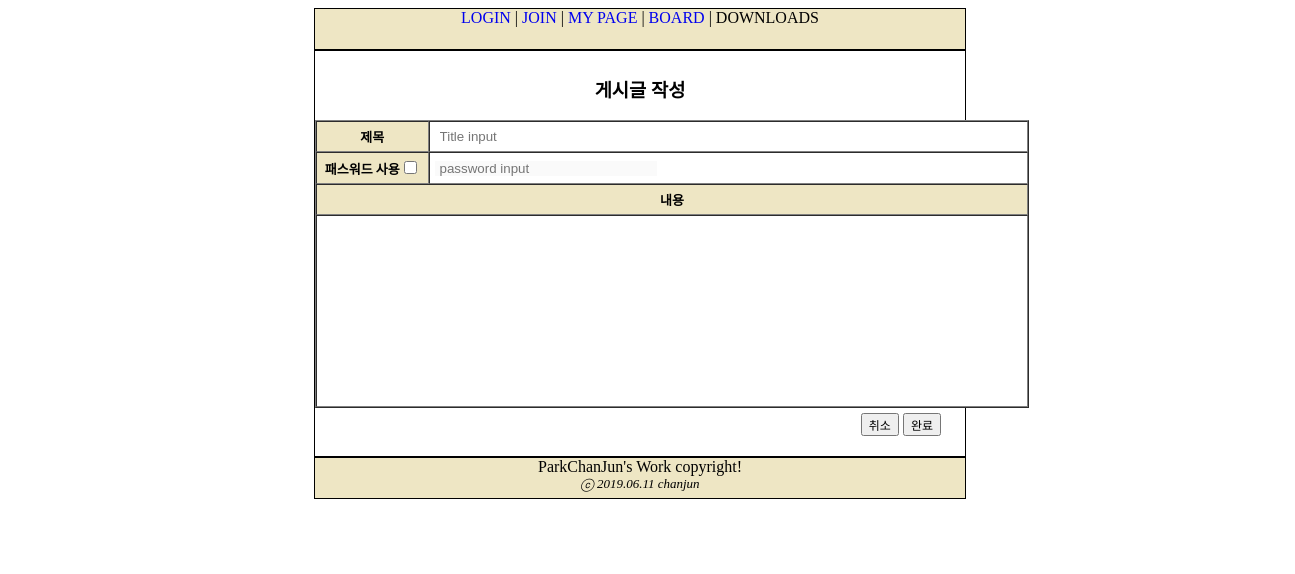
Repository: slolee/Spring-Board
Page: http://localhost/spring_project/WEB-INF/views/board/updateView.jsp
The author's editor kept a copy of each file at every save. The page is drawn from the files as they stood at one save, then again after the next save.
The browser window is 1280 px wide. The page is 1280 px wide, then 1295 px, then 1280 px, so the pictures cover 1295 px, including what lies to the right of the window. The pictures show the whole page.
The page is served by Tomcat 9. Nobody is signed in. Other server files are loaded and not shown. The template is opened directly, without the code that normally fills it, so the values that code supplies are empty.

Above is the page before, as saved 2019-07-03 08:51:56.

### spring_project/src/main/webapp/WEB-INF/views/board/updateView.jsp
<%@ page language="java" contentType="text/html; charset=UTF-8"
    pageEncoding="UTF-8"%>
<%@ taglib prefix="c" uri="http://java.sun.com/jsp/jstl/core" %>
<jsp:include page="../layout/header.jsp">
	<jsp:param name="title" value="Board Page!"/>
</jsp:include>

<script type="text/javascript">
	var checked = false;

	function checkbox_click(){
		var textfield = document.getElementById("pw_input");
		if(checked){
			textfield.disabled = true;
			checked = false;
		}else{
			textfield.disabled = false;
			checked = true;
		}
	}
</script>

<h3>게시글 작성</h3>
<form action="updateLogic.do" method="post">
	<input type="hidden" name="idx" value="${ vo.idx }">
	<table border=1 cellpadding="5" cellspacing="0" align="center" width="640px" higth="400px">
		<tr>
			<th><font size="2px">제목</font></th>
			<td>
				<input type="text" name="title" value="${ vo.title }" placeholder="Title input" maxlength="150" size="67" required>
			</td>
		</tr>
		<tr>
			<th><font size="2px">패스워드 사용</font><input type="checkbox" name="pw_check" onclick="checkbox_click()"></th>
			<td>
				<input type="password" name="pw" id="pw_input" value="${ vo.write_pw }"
				placeholder="password input" maxlength="20" size="25" disabled required>
			</td>
		</tr>

		<tr>
			<th colspan="2"><font size="2px">내용</font></th>
		</tr>

		<tr>
			<td colspan="2">
				<textarea rows="12" cols="85" name="context" style="resize:none;" required>${ vo.context }</textarea>
			</td>
		</tr>
	</table>
	<div align="right" style="margin-top:5px;">
		<input type="button" value="취소" onclick="history.back()">
		<input type="submit" value="완료">
		&nbsp;&nbsp;&nbsp;&nbsp;&nbsp;
	</div>
</form>


<%@ include file = "../layout/footer.jsp" %>

### spring_project/src/main/webapp/WEB-INF/views/layout/footer.jsp
<%@ page language="java" contentType="text/html; charset=UTF-8"
    pageEncoding="UTF-8"%>
		</div>
		<div id="footer" align="center">
			ParkChanJun's Work copyright! <br>
			<i><font size="2">ⓒ 2019.06.11 chanjun</font></i>
		</div>
	</div>
</body>
</html>

### spring_project/src/main/webapp/WEB-INF/views/layout/header.jsp
<%@ page language="java" contentType="text/html; charset=UTF-8"
    pageEncoding="UTF-8"%>
<%@ taglib prefix="c" uri="http://java.sun.com/jsp/jstl/core" %>
<%
	request.setCharacterEncoding("UTF-8");
	String title = request.getParameter("title");
	if(title == null)
		title = "My Homepage";
%>
<!DOCTYPE html PUBLIC "-//W3C//DTD HTML 4.01 Transitional//EN" "http://www.w3.org/TR/html4/loose.dtd">
<html>
<head>
	<meta http-equiv="Content-Type" content="text/html; charset=UTF-8">
	<title><%= title %></title>
	<style>
		#header, #footer{
			background-color: #EEE6C4;
			font-family: "HY울릉도M";
			border: 1px solid black;
			width: 650px;
			height: 40px;
		}
		#main{
			border: 1px solid black;
			width: 650px;
			min-height: 400px;
			padding-top: 5px;
		}
		a{
			text-decoration: none;
		}

		input[type=button], input[type=submit], input[type=reset], input[type=file]{
			font-size: 9pt;
		}

		input[type="text"], input[type="password"], textarea{
			border: 0px;
			padding: 0px 0px 0px 5px;
		}

		table{
			font-size: small;
		}

		th{
			background-color: #EEE6C4;
		}

		td{
			background-color: #FFFFFF;
		}

	</style>
</head>
<body>
	<div align="center">
		<div id="header" align="center">
			<c:choose>
				<c:when test="${ sessionScope.login_id == null }">
					<a href="loginView.do">LOGIN</a> |
					<a href="joinView.do">JOIN</a> |
				</c:when>
				<c:otherwise>
					${ sessionScope.login_nickname } |
					<a href="logoutLogic.do">LOGOUT</a> |
				</c:otherwise>
			</c:choose>

			<a href="mypageView.do">MY PAGE</a> |
			<a href="boardView.do">BOARD</a> |
			DOWNLOADS
		</div>
		<div id="main" align="center">

After the next save:
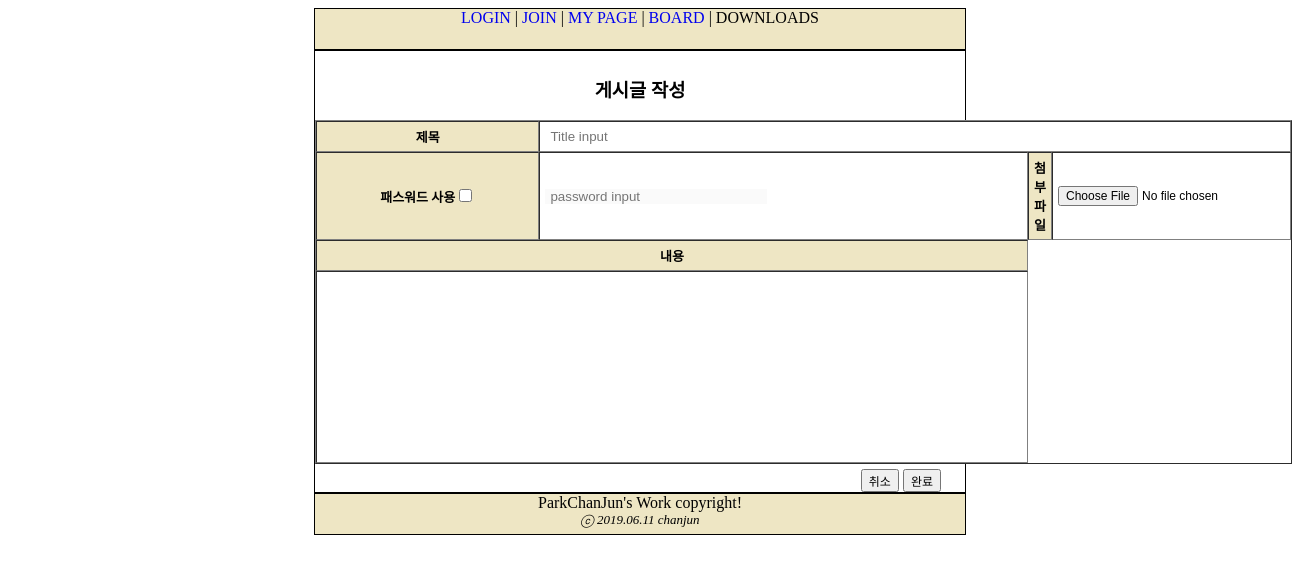
Saved 27 s later.
--- a/spring_project/src/main/webapp/WEB-INF/views/board/updateView.jsp
+++ b/spring_project/src/main/webapp/WEB-INF/views/board/updateView.jsp
@@ -26,7 +26,7 @@
 	<table border=1 cellpadding="5" cellspacing="0" align="center" width="640px" higth="400px">
 		<tr>
 			<th><font size="2px">제목</font></th>
-			<td>
+			<td colspan="3">
 				<input type="text" name="title" value="${ vo.title }" placeholder="Title input" maxlength="150" size="67" required>
 			</td>
 		</tr>
@@ -35,6 +35,10 @@
 			<td>
 				<input type="password" name="pw" id="pw_input" value="${ vo.write_pw }"
 				placeholder="password input" maxlength="20" size="25" disabled required>
+			</td>
+			<th><font size="2px">첨부파일</font></th>
+			<td>
+				<input type="file" name="filename" >
 			</td>
 		</tr>
 

After the 2 saves that followed:
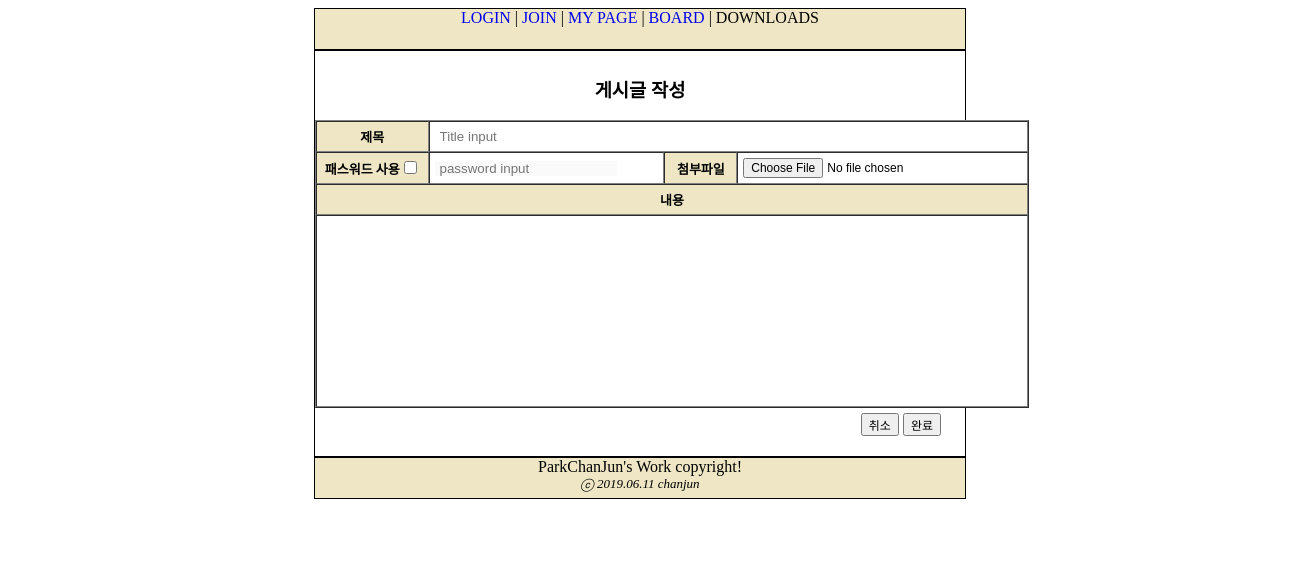
The 2 saves are shown as one change because they came seconds apart.
The last was saved 6 s later.
--- a/spring_project/src/main/webapp/WEB-INF/views/board/updateView.jsp
+++ b/spring_project/src/main/webapp/WEB-INF/views/board/updateView.jsp
@@ -34,7 +34,7 @@
 			<th><font size="2px">패스워드 사용</font><input type="checkbox" name="pw_check" onclick="checkbox_click()"></th>
 			<td>
 				<input type="password" name="pw" id="pw_input" value="${ vo.write_pw }"
-				placeholder="password input" maxlength="20" size="25" disabled required>
+				placeholder="password input" maxlength="20" size="20" disabled required>
 			</td>
 			<th><font size="2px">첨부파일</font></th>
 			<td>
@@ -43,11 +43,11 @@
 		</tr>
 
 		<tr>
-			<th colspan="2"><font size="2px">내용</font></th>
+			<th colspan="4"><font size="2px">내용</font></th>
 		</tr>
 
 		<tr>
-			<td colspan="2">
+			<td colspan="4">
 				<textarea rows="12" cols="85" name="context" style="resize:none;" required>${ vo.context }</textarea>
 			</td>
 		</tr>
